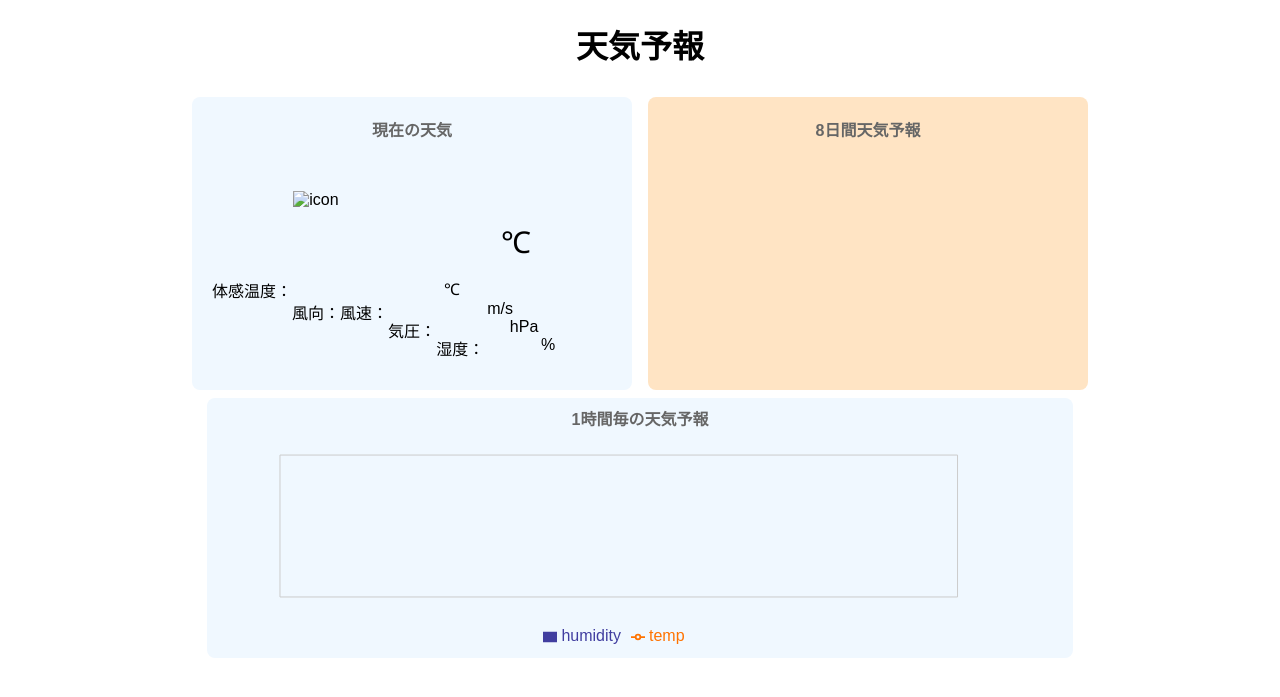
Repository: IshigureTomoki/weather-app
Page: /
An editor plug-in stored every save of this project. The page is shown before and after the next save, followed by the edit.
The browser window is 1280 px wide. The pictures show the whole page.
The page's requests for data from a server got no answer. The project was rebuilt for these pictures with package versions that can differ from the ones it lists, and the page was loaded fresh each time. No one was signed in, and anything a server would have sent is missing.

Above is the page before, as saved 2022-02-25 15:05:13.

### src/App.tsx
import axios from "axios";
import { report } from "process";
import React, { useEffect, useState } from "react";
import { convertTypeAcquisitionFromJson } from "typescript";
import "./App.css";
import { LinePlot } from "./components/LinePlot";

function App() {
  useEffect(() => {
    wetherOneCall();
  }, []);

  type weatherReportType = {
    time: string;
    timezone: string;
    temp: string;
    feels_like: string;
    wind_deg: string;
    wind_speed: string;
    pressure: string;
    humidity: string;
    weatherDescription: string;
    weatherIcon: string;
  };

  type weatherDailyReportsType = {
    dt: number;
    temp: {
      max: string;
      min: string;
    };
    weather: [
      {
        description: string;
        icon: string;
        id: string;
        main: string;
      }
    ];
  };

  type weatherHourlyReportsType = {
    time: string;
    temp: string;
    humidity: string;
  };

  const [weatherReport, setWeatherReport] = useState<weatherReportType>();
  const [weatherDailyReports, setWeatherDailyReports] = useState<
    weatherDailyReportsType[]
  >([]);

  const [weatherHourlyReports, setWeatherHourlyReports] = useState<
    weatherHourlyReportsType[]
  >([]);
  const [serchCity, setSearchCity] = useState("");

  const time = (dt: number) => {
    const srTime = new Date(dt * 1000);
    const time = srTime.toLocaleTimeString();
    return `${time}`;
  };

  const hour = (dt: number) => {
    const srTime = new Date(dt * 1000);
    const hour = srTime.getHours();
    return `${hour}`;
  };

  const mday = (dt: number) => {
    const srTime = new Date(dt * 1000);
    const day = srTime.toLocaleDateString();
    return `${day}`;
  };

  const date = (dt: number) => {
    const srTime = new Date(dt * 1000);
    const date = srTime.getDate();
    return `${date}`;
  };

  const dayOfWeekStr = (dt: number) => {
    const srTime = new Date(dt * 1000);
    const day = srTime.getDay();
    const dayOfWeekStrJP = ["日", "月", "火", "水", "木", "金", "土"];
    return `(${dayOfWeekStrJP[day]})`;
  };

  const wetherOneCall = async () => {
    await axios
      .get(
        "https://api.openweathermap.org/data/2.5/onecall?lat=35.690&lon=139.692&lang=ja&units=metric&appid=ff86fbdda3c22e95ce0071f6a7826f6c"
      )
      .then((res) => {
        console.log(res);

        const get_wind_deg = (wind_deg: number) => {
          let r = "北↓";
          if (wind_deg >= 11.25) r = "北北東";
          if (wind_deg >= 33.75) r = "北東↙︎";
          if (wind_deg >= 56.25) r = "東北東";
          if (wind_deg >= 78.75) r = "東←";
          if (wind_deg >= 101.25) r = "東南東";
          if (wind_deg >= 123.75) r = "南東↖︎";
          if (wind_deg >= 146.25) r = "南南東";
          if (wind_deg >= 168.75) r = "南↑";
          if (wind_deg >= 191.25) r = "南南西";
          if (wind_deg >= 213.75) r = "南西↗︎";
          if (wind_deg >= 236.25) r = "西南西";
          if (wind_deg >= 258.75) r = "西→";
          if (wind_deg >= 281.25) r = "西北西";
          if (wind_deg >= 303.75) r = "北西↘︎";
          if (wind_deg >= 326.25) r = "北北西";
          return r;
        };

        const report = {
          time: `${mday(res.data.current.dt)} ${time(res.data.current.dt)}`,
          timezone: res.data.timezone,
          temp: res.data.current.temp,
          feels_like: res.data.current.feels_like,
          wind_deg: get_wind_deg(res.data.current.wind_deg),
          wind_speed: res.data.current.wind_speed,
          pressure: res.data.current.pressure,
          humidity: res.data.current.humidity,
          weatherDescription: res.data.current.weather[0].description,
          weatherIcon: `http://openweathermap.org/img/wn/${res.data.current.weather[0].icon}@2x.png`,
        };

        const hourlyreports = res.data.hourly.map(
          (hourly: any, index: number) => {
            return {
              time: hour(hourly.dt),
              temp: hourly.temp,
              humidity: hourly.humidity,
            };
          }
        );

        hourlyreports.length = 24;

        console.log(report);
        setWeatherReport(report);
        setWeatherDailyReports(res.data.daily);
        console.log(hourlyreports);
        setWeatherHourlyReports(hourlyreports);
      });
  };
  return (
    <>
      <div className="App">
        <h1>天気予報</h1>
        <div className="upper">
          <div className="now-area">
            <div className="title">現在の天気</div>
            <div className="nowtime">{weatherReport?.time}</div>
            <div className="nowplace">{weatherReport?.timezone}</div>
            <div className="nowtemps">
              <div>
                <img src={weatherReport?.weatherIcon} alt="icon" width={120} />
              </div>
              <div className="nowtemps2">
                <div className="nowtemp">{weatherReport?.temp}℃</div>
                <div className="nowdes">
                  {weatherReport?.weatherDescription}
                </div>
              </div>
            </div>
            <dl>
              <dt>体感温度</dt>
              <dd>{weatherReport?.feels_like}℃</dd>
              <dt>風向</dt>
              <dd>{weatherReport?.wind_deg}</dd>
              <dt>風速</dt>
              <dd>{weatherReport?.wind_speed}m/s</dd>
              <dt>気圧</dt>
              <dd>{weatherReport?.pressure}hPa</dd>
              <dt>湿度</dt>
              <dd>{weatherReport?.humidity}%</dd>
            </dl>
          </div>

          <div className="dayly-area">
            <div className="title">8日間天気予報</div>

            {weatherDailyReports.map((report) => (
              <>
                <div className="dayly">
                  <div className="daylyd">
                    {date(report.dt)}
                    {dayOfWeekStr(report.dt)}
                  </div>
                  <div className="daylyi">
                    <img
                      src={`http://openweathermap.org/img/wn/${report.weather[0].icon}@2x.png`}
                      alt="icon"
                      width={40}
                    />
                  </div>
                  <div className="daylyde">{report.weather[0].description}</div>
                  <div className="daylym">
                    {report.temp.max}/{report.temp.min}℃
                  </div>
                </div>
              </>
            ))}
          </div>
        </div>

        <div className="hourly-area">
          <div className="title">1時間毎の天気予報</div>
          <LinePlot data={weatherHourlyReports} />
        </div>
      </div>
    </>
  );
}

export default App;

### src/App.css
body {
  font-family: sans-serif;
}

.App {
  text-align: center;
}

.upper {
  display: flex;
  justify-content: center;
}
.now-area {
  text-align: center;
  background-color: aliceblue;
  width: 400px;
  padding: 20px;
  margin: 8px;
  border-radius: 8px;
}
.nowtime {
  font-size: 30px;
}

.nowplace{
  font-size: 25px;
}
.nowtemps{
  padding-top: 30px;
  display: flex;
  justify-content:space-around;
}
.nowtemps2{
  padding-top: 30px;
}

.nowtemp{
  font-size: 30px;
}

dt {
  float: left;
}

dt::after {
  content: "：";
}

.dayly-area {
  text-align: center;
  background-color: bisque;
  width: 400px;
  padding: 20px;
  margin: 8px;
  border-radius: 8px;
}

.dayly {
  display: flex;
}

.daylyd {
  width: 60px;
}

.daylyi {
  width: 90px;
}

.daylym {
  width: 150px;
}

.daylyde {
  width: 100px;
}

.hourly-area {
  background-color: aliceblue;
  width: 850px;
  padding: 8px;
  margin: 0 auto;
  border-radius: 8px;
}
.title {
  text-align: center;
  margin: 0px 0px 20px 0px;
  font-weight: bold;
  color: #666;
}

### src/components/LinePlot.tsx
import {
  Line,
  CartesianGrid,
  XAxis,
  YAxis,
  Tooltip,
  Bar,
  ComposedChart,
  ResponsiveContainer,
  Legend,
} from "recharts";

export const LinePlot = (props: any) => {
  const data = props.data;
  // const data = [
  //   { time: "15", temp: 8.67, humidity: 5 },
  //   { time: "16", temp: 8.87, humidity: 24 },
  //   { time: "17", temp: 8.61, humidity: 25 },
  //   { time: "18", temp: 8.26, humidity: 26 },
  //   { time: "19", temp: 6.67, humidity: 60 },
  //   { time: "20", temp: 5.31, humidity: 68 },
  //   { time: "21", temp: 3.73, humidity: 10 },
  //   { time: "22", temp: 3.32, humidity: 22 },
  // ];
  console.log(data);
  return (
    <ResponsiveContainer width="95%" height={200}>
      <ComposedChart  data={data}>
        <Bar
          yAxisId={2}
          dataKey="humidity"
          barSize={15}
          fill="#413ea0"
          label={{ fill: "white", fontSize: 10 }}
        />
        <Line yAxisId={1} type="monotone" dataKey="temp" stroke="#ff7300" />
        <CartesianGrid stroke="#ccc" />
        <XAxis dataKey="time" label={{ value: "時刻", dx: 5 }} />
        <YAxis yAxisId={1} tickCount={8} unit="℃" label={{ value: "気温" }} />
        <YAxis
          yAxisId={2}
          tickCount={8}
          unit="%"
          label={{ value: "降水確率", dx: 5 }}
          orientation="right"
        />
        <Legend />
        <Tooltip />
      </ComposedChart>
    </ResponsiveContainer>
  );
};

Loaded but not shown: public/index.html (common file); src/index.tsx (common file); src/index.css (common file); src/reportWebVitals.ts (common file)

After the next save:
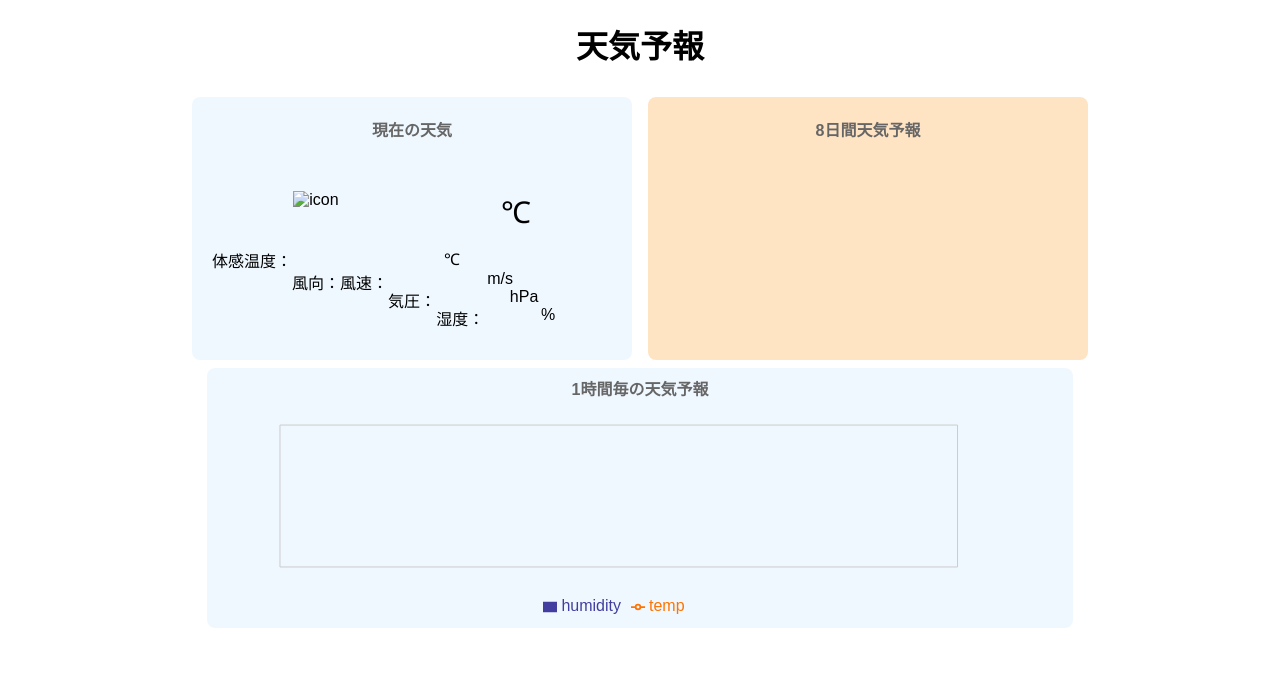
Saved 80 s later.
--- a/src/App.css
+++ b/src/App.css
@@ -31,7 +31,7 @@ body {
   justify-content:space-around;
 }
 .nowtemps2{
-  padding-top: 30px;
+  vertical-align: middle;
 }
 
 .nowtemp{
